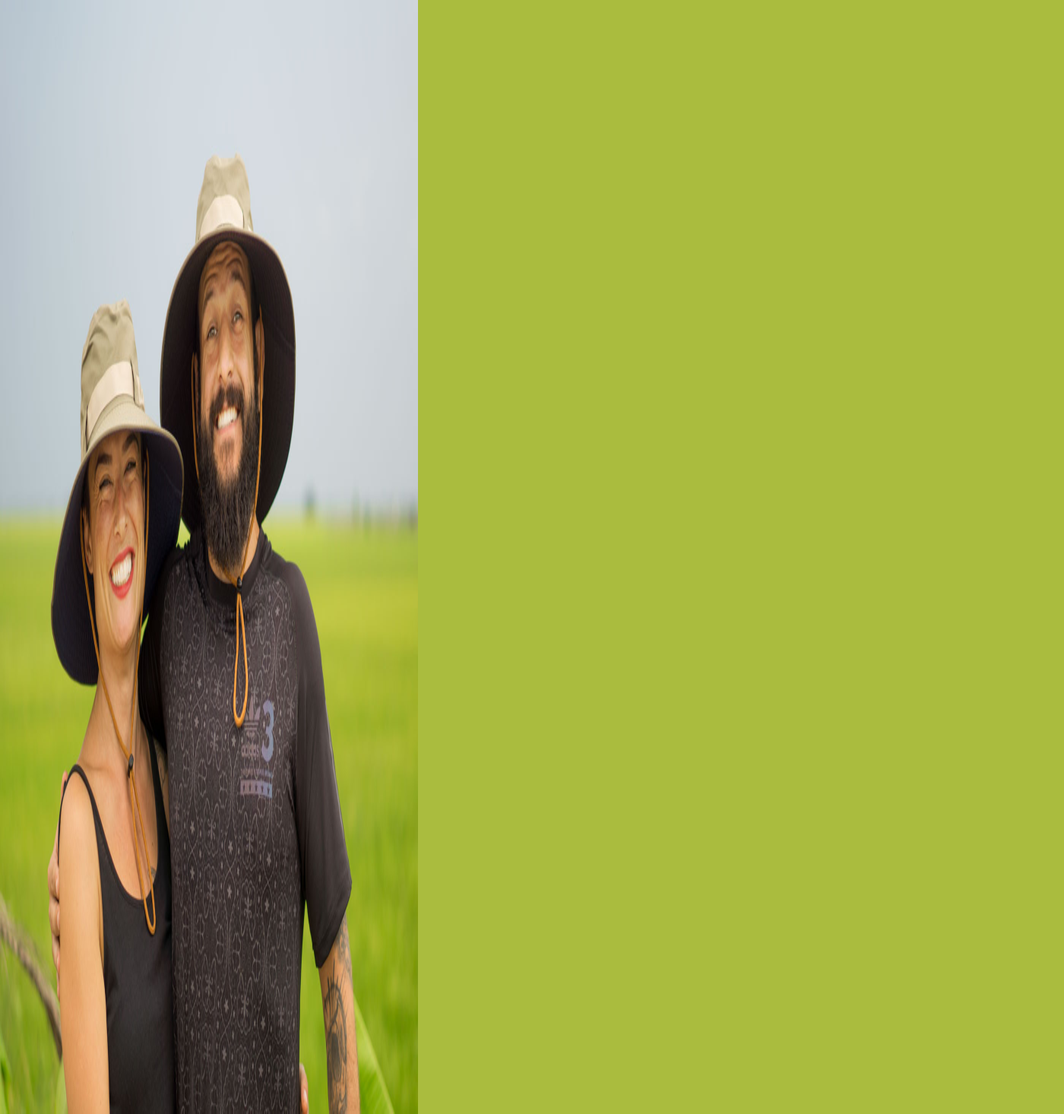
Repository: leopalmeiro/EasySearch
Script's output: python openCV/Project_01_OpenCV.py
An editor plug-in stored every save of this project. The script's output is shown before and after the next save, followed by the edit.
The pictures are shown at 76% of full size.
Figures wider than 1,400 px are first shrunk to that width. Random numbers start from a fixed seed. It also reads openCV/img/PaoyLeo.jpg.

Above is the script's output before, as saved 2020-02-03 22:46:28.

### openCV/Project_01_OpenCV.py
import cv2

img = cv2.imread("img/PaoyLeo.jpg", 1)

resized = cv2.resize(img, (int(img.shape[1]/2), int(img.shape[0]*2)))

cv2.imshow("LeoAndPao", resized)

cv2.waitKey(0)


cv2.destroyAllWindows()

After the next save:
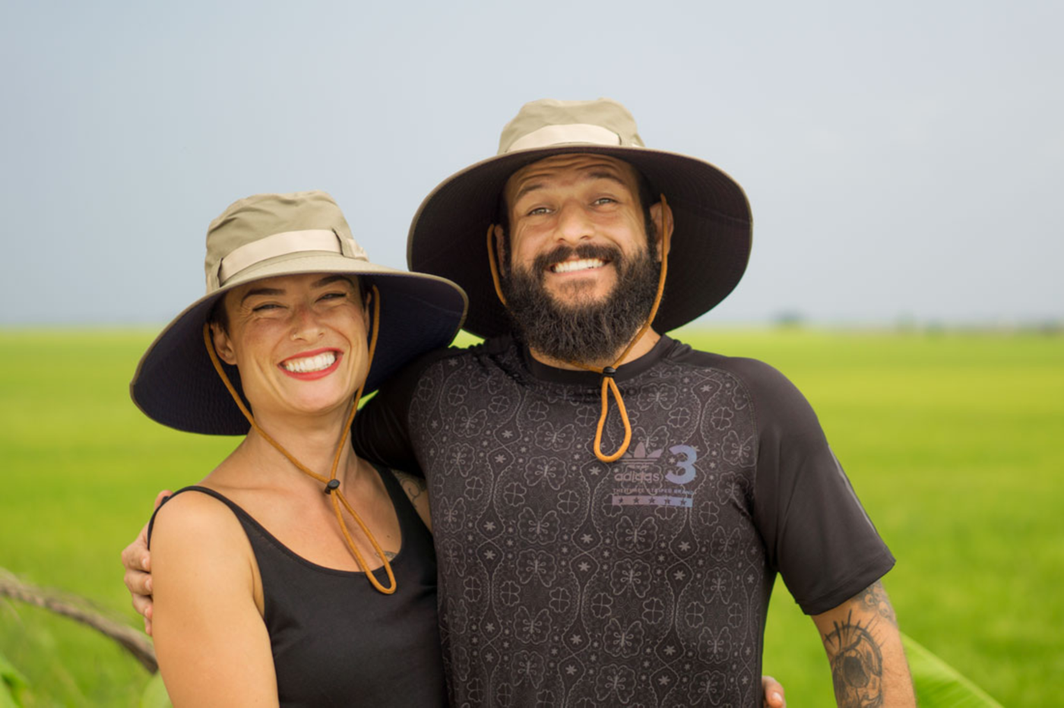
Saved 11 s later.
--- a/openCV/Project_01_OpenCV.py
+++ b/openCV/Project_01_OpenCV.py
@@ -2,7 +2,7 @@ import cv2
 
 img = cv2.imread("img/PaoyLeo.jpg", 1)
 
-resized = cv2.resize(img, (int(img.shape[1]/2), int(img.shape[0]*2)))
+resized = cv2.resize(img, (int(img.shape[1]*2), int(img.shape[0]*2)))
 
 cv2.imshow("LeoAndPao", resized)
 
